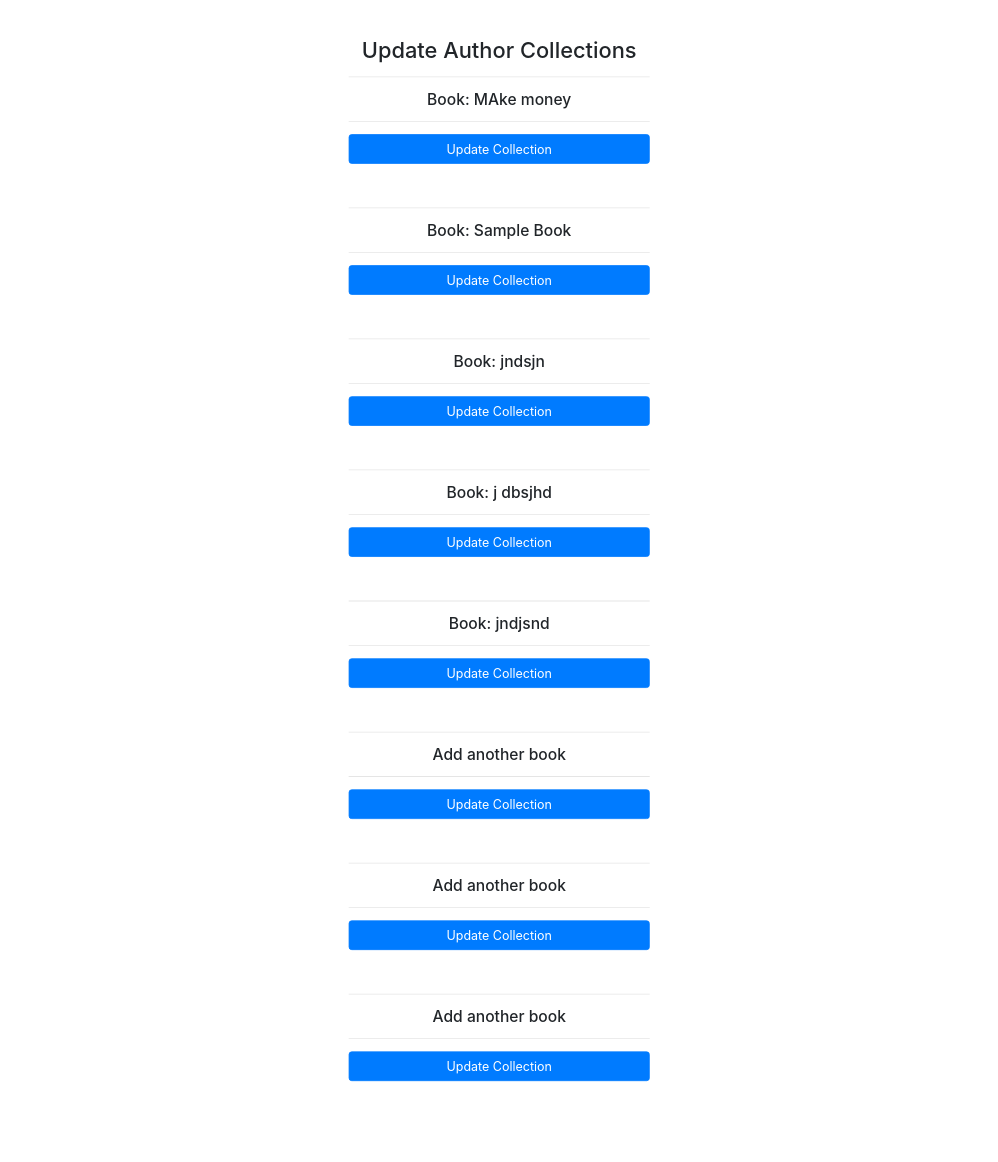
Repository: Temur-Sufiyanov/CBV
Page: http://localhost/author/1/books/edit/
The author's editor kept a copy of each file at every save. The page is drawn from the files as they stood at one save, then again after a run of saves.
The browser window is 1280 px wide. The pictures show the whole page, at 78% of full size.
The page is served by the project's application, run on Django 5.2 (manage.py). The page reads the database file committed with the project.

Above is the page before, as saved 2024-12-21 19:48:44.

After the next 2 saves:
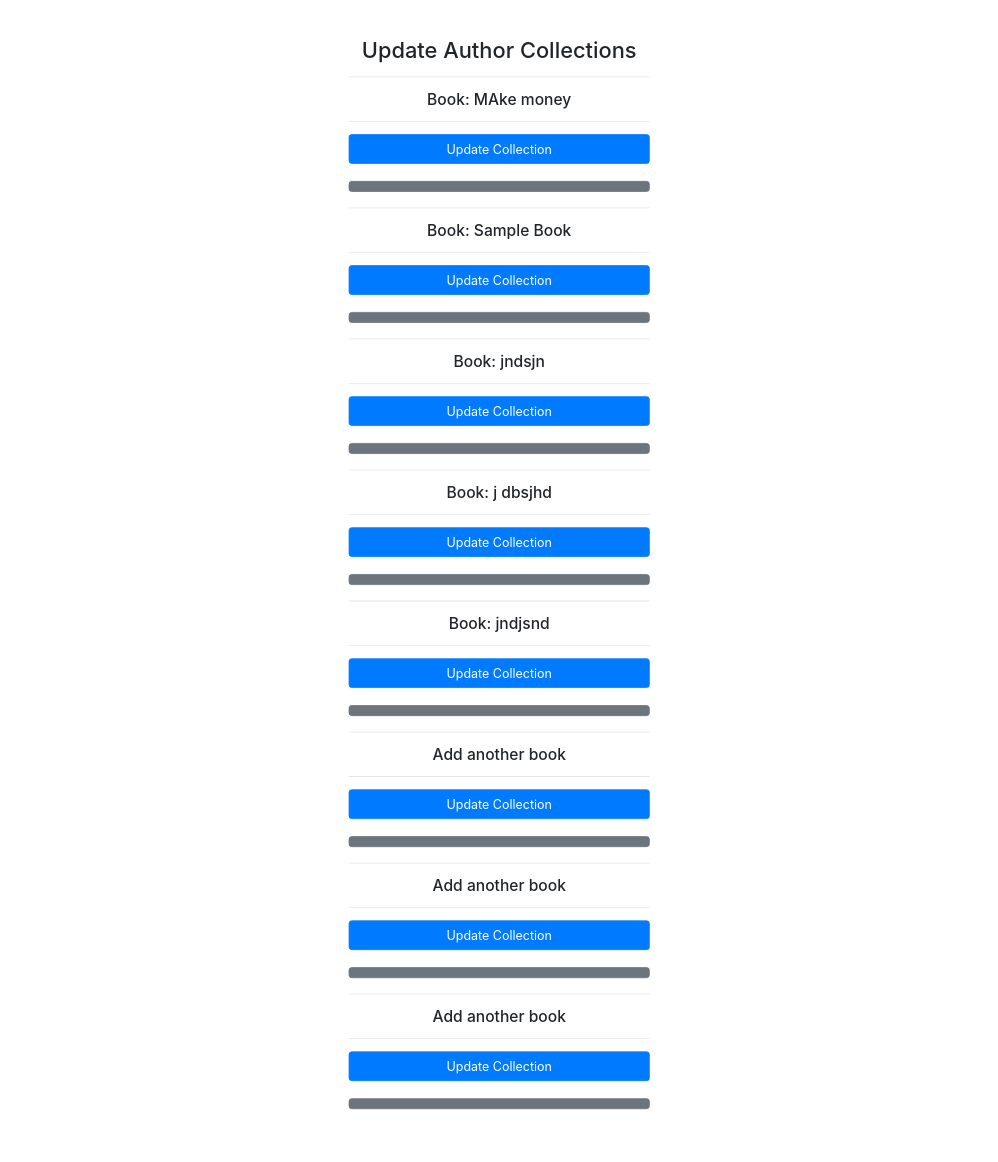
The 2 saves are shown as one change because they came seconds apart.
The last was saved 7 s later.
--- a/new_books/templates/new_books/author_books_edit.html
+++ b/new_books/templates/new_books/author_books_edit.html
@@ -27,7 +27,7 @@
                 <p>
                     <hr>
                     <button type="submit" class="btn btn-primary w-100 mb-3">Update Collection</button>
-                    <a href="{{ author.get_absolute_url }}" role="button" class="btn btn"></a>
+                    <a href="{{ author.get_absolute_url }}" role="button" class="btn btn-secondary w-100"></a>
                 </p>
             </h5>
         {% endfor %}
